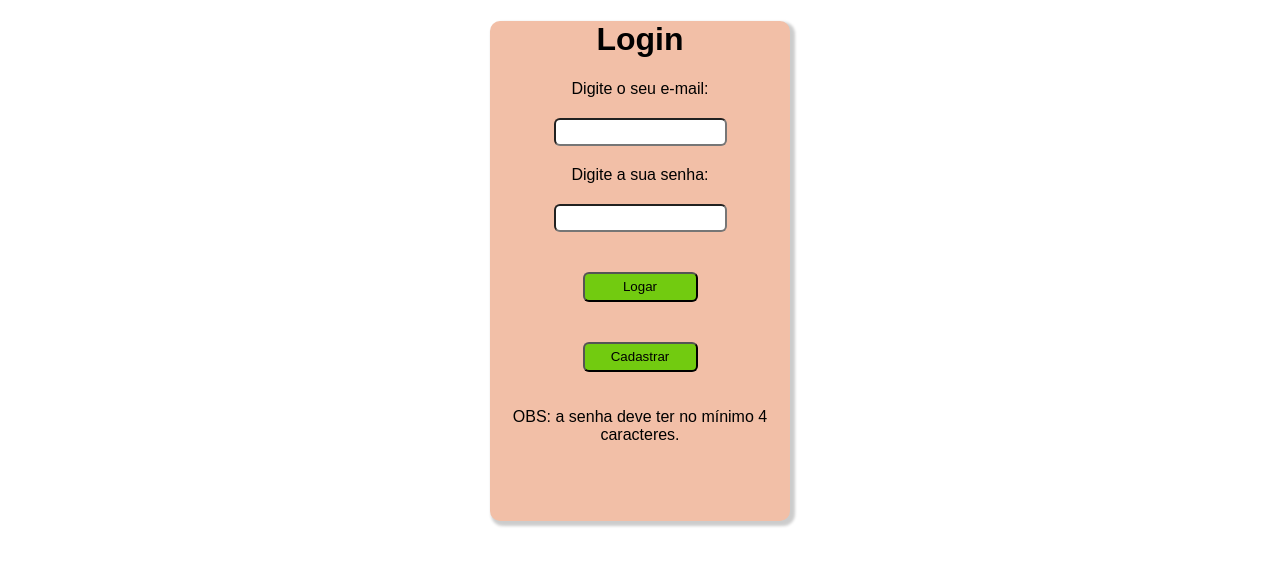
Repository: leviviana21/Java-web-login
Page: http://localhost/conexao_bd/
The author's editor kept a copy of each file at every save. The page is drawn from the files as they stood at one save, then again after the next save.
The browser window is 1280 px wide. The pictures show the whole page.
The page is served by Tomcat 9. Other server files are loaded and not shown.

Above is the page before, as saved 2025-06-20 16:51:51.

### conexao_bd/src/main/webapp/index.jsp
<%@ page language="java" contentType="text/html; charset=UTF-8"
    pageEncoding="UTF-8"%>
<!DOCTYPE html>
<html>
<head>
<meta charset="UTF-8">
<title>Insert title here</title>
<link rel="stylesheet" href="style.css">
</head>
<body>

<div class="container">
	<form action="cadastro" method="post">
        <h1>Login</h1>
        <label>Digite o seu e-mail: </label>
        <input type="email" name="txtEmail" class="emailsenha" >
        <br>
        <label>Digite a sua senha: </label>
        <input type="password" name="txtSenha" class="emailsenha" >
        <br>
        <button type="button" value="Logar" name="botao" class="botao-login">Logar</button>
        <button type="button" value="Cadastrar" name="botao" class="botao-login">Cadastrar</button>
        <p>OBS: a senha deve ter no mínimo 4 caracteres.</p>

        <%
			if(request.getAttribute("error") != null){
		%>
		<p class="aviso-erro"><% out.print(request.getAttribute("msg").toString()); %></p>
		<%
			}
		%>
    </form>
</div>
</body>
</html>

### conexao_bd/src/main/webapp/style.css
@charset "UTF-8";

form {
	text-align: center;
	font-family: arial;
}
.emailsenha {
	margin: 20px;
    border-radius: 6px;
    width: 165px;
    height: 22px;
}
.container {
	text-align: center;
	background-color: #F2BFA7;
	border-radius: 10px;
	height: 500px;
	margin: auto;
	width: 300px;
	box-shadow: 3px 3px 3px 2px rgba(0.2, 0.2, 0.2, 0.2);
}

.botao-login {
	border-radius: 6px;
    width: 115px;
    height: 30px;
    margin: 20px;
    background-color: #72cb10;
}
.Mensagem-Sucesso {
	text-align: center;
	font-family: arial;
}
.aviso-erro {
	color: red;
	font-weight: bold;
}

After the next save:
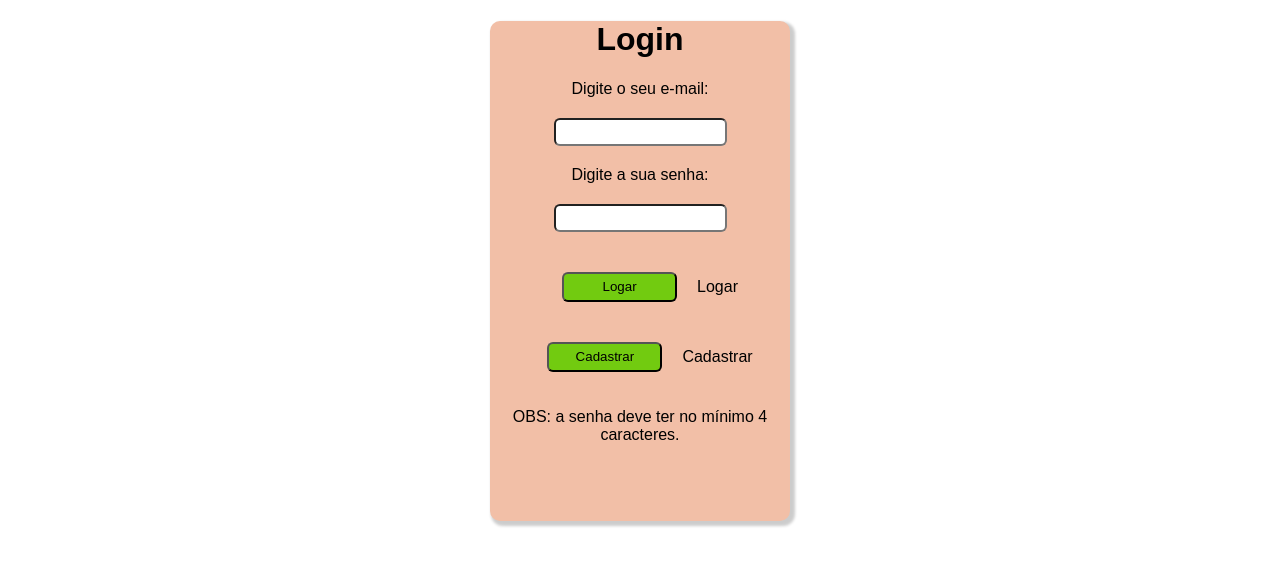
Saved 5 min 1 s later.
--- a/conexao_bd/src/main/webapp/index.jsp
+++ b/conexao_bd/src/main/webapp/index.jsp
@@ -18,8 +18,8 @@
         <label>Digite a sua senha: </label>
         <input type="password" name="txtSenha" class="emailsenha" >
         <br>
-        <button type="button" value="Logar" name="botao" class="botao-login">Logar</button>
-        <button type="button" value="Cadastrar" name="botao" class="botao-login">Cadastrar</button>
+        <input type="button" value="Logar" name="botao" class="botao-login">Logar</button>
+        <input type="button" value="Cadastrar" name="botao" class="botao-login">Cadastrar</button>
         <p>OBS: a senha deve ter no mínimo 4 caracteres.</p>
 
         <%

After the save that followed:
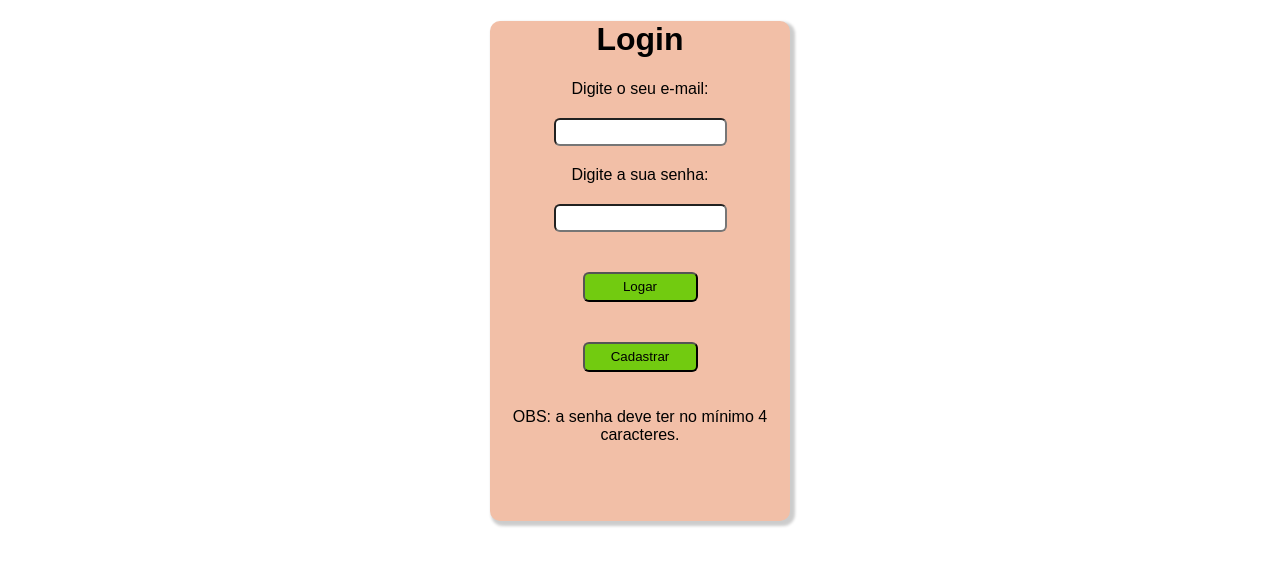
Saved 14 s later.
--- a/conexao_bd/src/main/webapp/index.jsp
+++ b/conexao_bd/src/main/webapp/index.jsp
@@ -18,8 +18,8 @@
         <label>Digite a sua senha: </label>
         <input type="password" name="txtSenha" class="emailsenha" >
         <br>
-        <input type="button" value="Logar" name="botao" class="botao-login">Logar</button>
-        <input type="button" value="Cadastrar" name="botao" class="botao-login">Cadastrar</button>
+        <input type="button" value="Logar" name="botao" class="botao-login">
+        <input type="button" value="Cadastrar" name="botao" class="botao-login">
         <p>OBS: a senha deve ter no mínimo 4 caracteres.</p>
 
         <%
